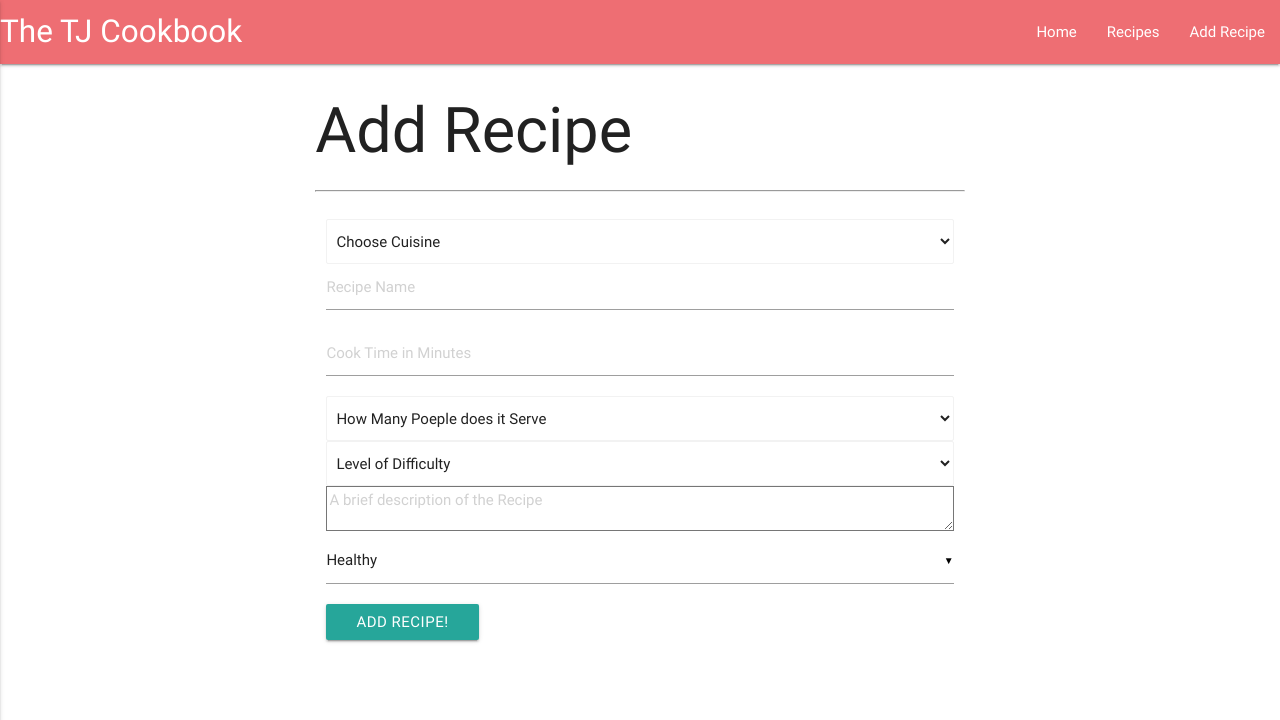
Repository: CapitainHolmes/cookbook-project
Page: http://localhost/add_recipe
The author's editor kept a record of every edit. The page is drawn from the files as they stood at one moment, then again after the next edit.
The browser window is 1280 px wide. The pictures show the whole page.
Some web libraries are served in a nearby version. The page is served by the project's application, run on Flask 3 (app.py). Queries for data that is not in the repository find no rows.

Above is the page before.

After the next edit:
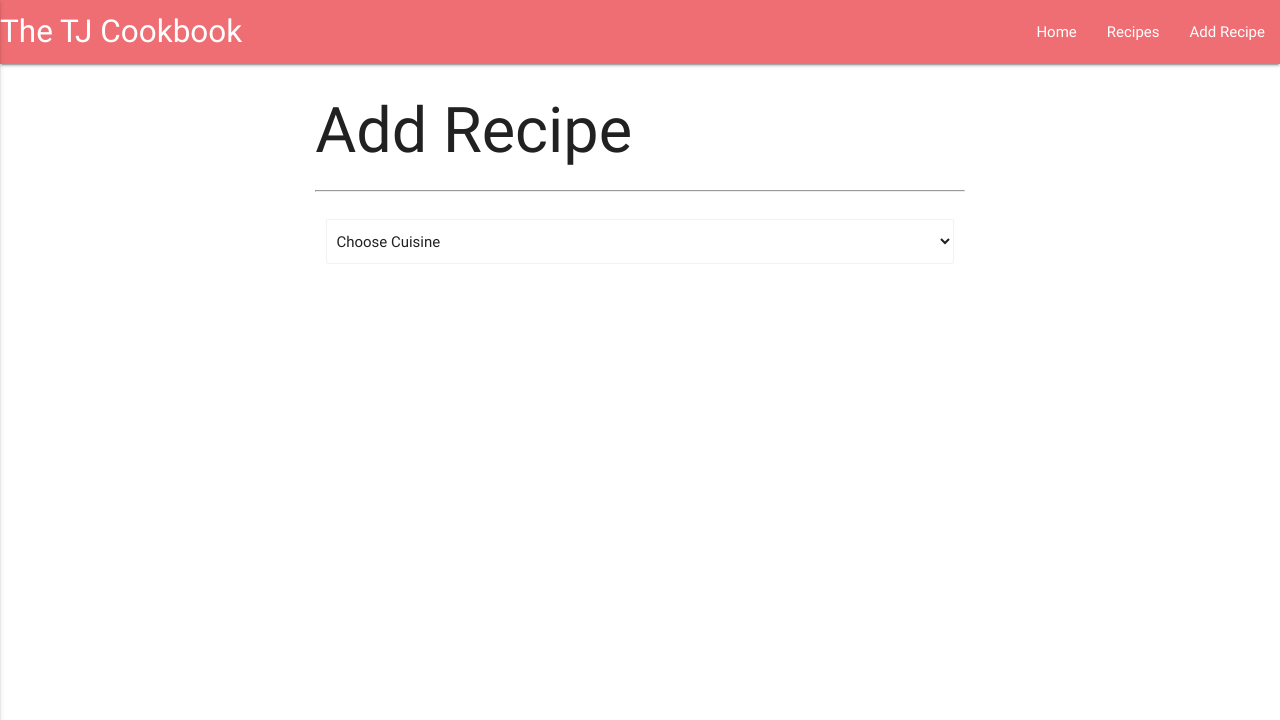
The edit:
--- a/templates/addrecipe.html
+++ b/templates/addrecipe.html
@@ -22,48 +22,5 @@
         {% endfor %}
     </select>
 
-  <!-- Name -->
-  <input type="text" id="name" class="form-control mb-4" placeholder="Recipe Name">
-
-  <!--Cook time-->
-  <input type="text" id="cook_time" class="form-control mb-4" placeholder="Cook Time in Minutes">
-
-  <!-- Serves -->
-  <select class="browser-default custom-select mb-4" name="serves">
-        <option value="" disabled selected>How Many Poeple does it Serve</option>
-        <option value="1">1</option>
-        <option value="2">2</option>
-        <option value="3">3</option>
-        <option value="4">4</option>
-        <option value="5">5</option>
-    </select>
-
-  <!-- Difficulty -->
-  <select class="browser-default custom-select mb-4" name="difficulty">
-        <option value="" disabled selected>Level of Difficulty</option>
-        <option value="Easy">Easy</option>
-        <option value="Medium">Medium</option>
-        <option value="Hard">Hard</option>
-    </select>
-
-  <!-- Description -->
-  <div class="form-group">
-    <textarea class="form-control rounded-0" id="description" rows="3" placeholder="A brief description of the Recipe"></textarea>
-  </div>
-
-  <select class="selectpicker" multiple data-selected-text-format="count > 3">
-      <option>Healthy</option>
-      <option>Vegetarian</option>
-      <option>Gluten-free</option>
-      <option>Contains Nuts</option>
-      <option></option>
-  </select>
-
-  <!-- Send button -->
-  <div id="my_centered_buttons">
-    <button class="btn btn-info btn-block" type="submit">Add Recipe!</button>
-  </div>
-
-</form>
 
 {% endblock %}
